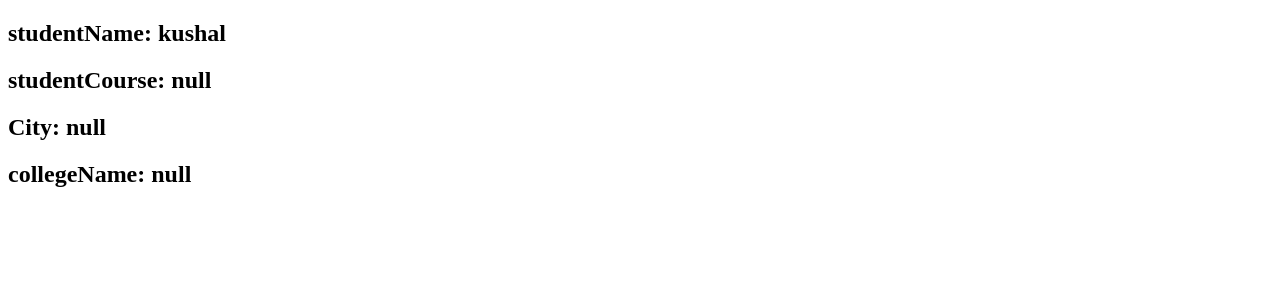
Repository: kushalkumarreddy/Advance-Java
Page: http://localhost/JSP/student.jsp
The author's editor kept a copy of each file at every save. The page is drawn from the files as they stood at one save, then again after the next save.
The browser window is 1280 px wide. The pictures show the whole page.
The page is served by Tomcat 9. Other server files are loaded and not shown.

Above is the page before, as saved 2026-10-08 04:37:26.

### JSP/src/main/webapp/student.jsp
<%@ page language="java" contentType="text/html; charset=UTF-8"
    pageEncoding="UTF-8"%>
<!DOCTYPE html>
<html>
<head>
<meta charset="UTF-8">
<title>Insert title here</title>
</head>
<body>

<%
String sname = "kushal";
String city = "HYD";
String course = "Java";

pageContext.setAttribute("studentName",sname);
pageContext.setAttribute("studentcourse", course, pageContext.REQUEST_SCOPE);
pageContext.setAttribute("studentcity", city, pageContext.SESSION_SCOPE);
pageContext.setAttribute("collegename", "MallaReddy college", pageContext.APPLICATION_SCOPE);
%>


<%
Object sname1 = pageContext.getAttribute("studentName");
Object city1 = pageContext.getAttribute("studentCity");
Object course1 = pageContext.getAttribute("studentCourse");
Object cname1 = pageContext.getAttribute("collegeName");
%>

<h2>studentName: <%=sname1 %></h2>
<h2>studentCourse: <%=course1 %></h2>
<h2>City: <%=city1 %></h2>
<h2>collegeName: <%=cname1 %></h2>



</body>
</html>

After the next save:
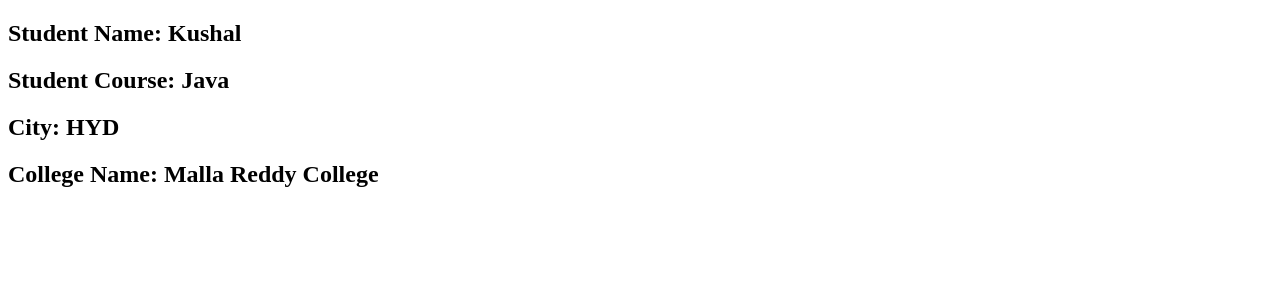
Saved 2 min 25 s later.
--- a/JSP/src/main/webapp/student.jsp
+++ b/JSP/src/main/webapp/student.jsp
@@ -1,38 +1,36 @@
 <%@ page language="java" contentType="text/html; charset=UTF-8"
     pageEncoding="UTF-8"%>
+
 <!DOCTYPE html>
 <html>
 <head>
-<meta charset="UTF-8">
-<title>Insert title here</title>
+    <meta charset="UTF-8">
+    <title>Page Context Example</title>
 </head>
 <body>
 
 <%
-String sname = "kushal";
+String sname = "Kushal";
 String city = "HYD";
 String course = "Java";
 
-pageContext.setAttribute("studentName",sname);
-pageContext.setAttribute("studentcourse", course, pageContext.REQUEST_SCOPE);
-pageContext.setAttribute("studentcity", city, pageContext.SESSION_SCOPE);
-pageContext.setAttribute("collegename", "MallaReddy college", pageContext.APPLICATION_SCOPE);
+pageContext.setAttribute("studentName", sname);
+pageContext.setAttribute("studentCourse", course, PageContext.REQUEST_SCOPE);
+pageContext.setAttribute("studentCity", city, PageContext.SESSION_SCOPE);
+pageContext.setAttribute("collegeName", "Malla Reddy College", PageContext.APPLICATION_SCOPE);
 %>
-
 
 <%
 Object sname1 = pageContext.getAttribute("studentName");
-Object city1 = pageContext.getAttribute("studentCity");
-Object course1 = pageContext.getAttribute("studentCourse");
-Object cname1 = pageContext.getAttribute("collegeName");
+Object city1 = pageContext.getAttribute("studentCity", PageContext.SESSION_SCOPE);
+Object course1 = pageContext.getAttribute("studentCourse", PageContext.REQUEST_SCOPE);
+Object cname1 = pageContext.getAttribute("collegeName", PageContext.APPLICATION_SCOPE);
 %>
 
-<h2>studentName: <%=sname1 %></h2>
-<h2>studentCourse: <%=course1 %></h2>
-<h2>City: <%=city1 %></h2>
-<h2>collegeName: <%=cname1 %></h2>
-
-
+<h2>Student Name: <%= sname1 %></h2>
+<h2>Student Course: <%= course1 %></h2>
+<h2>City: <%= city1 %></h2>
+<h2>College Name: <%= cname1 %></h2>
 
 </body>
 </html>
